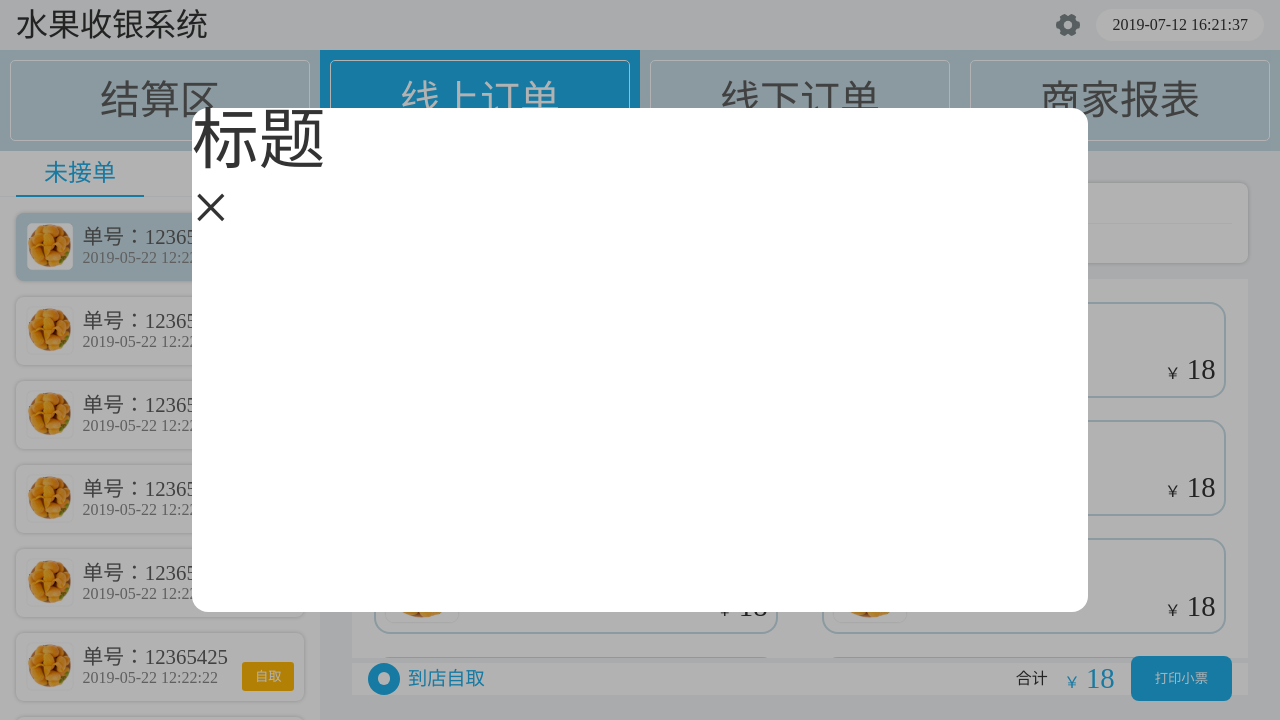
Repository: missing-star/fruit
Page: index.html
An editor plug-in stored every save of this project. The page is shown before and after the next save, followed by the edit.
The browser window is 1280 px wide. The pictures show the whole page.
An inner scrolling area shows only its first screen.

Above is the page before, as saved 2019-07-15 09:42:40.

### index.html
<!DOCTYPE html>
<html lang="en">

<head>
    <meta charset="UTF-8">
    <meta name="viewport" content="width=device-width, initial-scale=1.0">
    <meta http-equiv="X-UA-Compatible" content="ie=edge">
    <title>水果收银系统</title>
    <link rel="stylesheet" href="./css/index.css">
</head>

<body>
    <div id="app">
        <header class="title-bar">
            <p class="title">水果收银系统</p>
            <div class="right-part-show">
                <img src="./images/setting.png" alt="设置" class="setting-icon">
                <p class="show-current-time">{{currentTime}}</p>
            </div>
        </header>
        <ul class="category-tab">
            <li class="category-item" :class="{active:currentIndex == 0}" @click="switchTab(0)">
                <p class="category-title">结算区</p>
            </li>
            <li class="category-item" :class="{active:currentIndex == 1}" @click="switchTab(1)">
                <p class="category-title">线上订单</p>
            </li>
            <li class="category-item" :class="{active:currentIndex == 2}" @click="switchTab(2)">
                <p class="category-title">线下订单</p>
            </li>
            <li class="category-item" :class="{active:currentIndex == 3}" @click="switchTab(3)">
                <p class="category-title">商家报表</p>
            </li>
        </ul>
        <!-- 结算区 -->
        <div v-show="currentIndex == 0" class="main-content">
            <div class="operation-wrapper">
                <ul class="goods-list-wrapper">
                    <li v-for="n in 10" class="goods-item">
                        <div class="goods-pic-wrapper">
                            <span class="delete-icon pointer"></span>
                            <img src="./images/goods.png" class="goods-pic">
                        </div>
                        <div class="goods-detail">
                            <p class="goods-title">苹果</p>
                            <p class="goods-spec">规格：12元/250g</p>
                            <p class="goods-money">
                                <span class="goods-weight">重量357g</span>
                                <span class="goods-price">
                                    <i class="money-icon black">￥</i>
                                    <i class="money-number black">18</i>
                                </span>
                            </p>
                        </div>
                    </li>
                </ul>
                <div class="calculator-scope">
                    <div class="show-total-money">
                        <p class="total-title">共4件商品</p>
                        <p class="total-money">
                            <span class="money-title">合计</span>
                            <span class="show-money">
                                <i class="money-icon blue">￥</i>
                                <i class="money-number blue">54.00</i>
                            </span>
                        </p>
                    </div>
                    <div class="operation-group">
                        <div class="left-part">
                            <button class="order-list pointer">挂单列表</button>
                            <button class="go-order pointer">挂单</button>
                        </div>
                        <button class="right-part pointer">
                            结算
                        </button>
                    </div>
                </div>
            </div>
            <div class="goods-choice-wrapper">
                <ul class="goods-category-wrapper">
                    <li @click="switchSubTab(n-1)" :class="{active:subCurrentIndex == n-1}" v-for="n in 20"
                        class="goods-category-item pointer">
                        分类
                    </li>
                </ul>
                <ul class="goods-choice-list">
                    <li v-for="n in 20" class="goods-choice-item">
                        <img src="./images/goods.png" class="goods-show-pic">
                        <p class="goods-desc">
                            <span class="goods-name">小泰芒</span>
                            <span class="price-weight">23元 / 250g</span>
                        </p>
                    </li>
                </ul>
            </div>
        </div>
        <!-- 线上订单 -->
        <div v-show="currentIndex == 1" class="main-content">
            <div class="operation-wrapper">
                <ul class="tab-wrapper">
                    <li @click="switchOnlineTab(0)" :class="{active:onlineCurrentIndex == 0}" class="tab-item pointer">
                        未接单</li>
                    <li @click="switchOnlineTab(1)" :class="{active:onlineCurrentIndex == 1}" class="tab-item pointer">
                        已接单</li>
                </ul>
                <div class="order-list-wrapper">
                    <ul v-show="onlineCurrentIndex == 0" class="accept-wrapper">
                        <li @click="getOrderDetail(0,n)" v-for="n in 20" class="order-item pointer"
                            :class="{active:currentOrder == n && onlineCurrentIndex == 0}">
                            <img src="./images/goods.png" class="order-goods-pic">
                            <div class="order-detail">
                                <p class="order-number">单号：12365425</p>
                                <p class="order-date">2019-05-22 12:22:22</p>
                            </div>
                            <button class="post-way self">自取</button>
                        </li>
                    </ul>
                    <ul v-show="onlineCurrentIndex == 1" class="accept-wrapper">
                        <li @click="getOrderDetail(1,n)" v-for="n in 20" class="order-item pointer"
                            :class="{active:currentOrder == n && onlineCurrentIndex == 1}">
                            <img src="./images/goods.png" class="order-goods-pic">
                            <div class="order-detail">
                                <p class="order-number">单号：12365425</p>
                                <p class="order-date">2019-05-22 12:22:22</p>
                            </div>
                            <button class="post-way post">自取</button>
                        </li>
                    </ul>
                </div>
            </div>
            <div class="order-detail-wrapper">
                <!-- 倒三角 -->
                <div class="triangle"></div>
                <div class="user-info">
                    <div class="user-address info-part">
                        <img src="./images/location.png" class="location">
                        <div class="address-detail">
                            <p class="address">江苏省南京市江宁区泥塘小区2栋1306室</p>
                            <p class="user-detail">张三 13526987415</p>
                        </div>
                    </div>
                    <div class="user-comment info-part">
                        <p class="comment-title">备注</p>
                        <p class="user-detail">多放水果</p>
                    </div>
                </div>
                <ul class="order-detail-goods-list-wrapper">
                    <li v-for="n in 30" class="order-detail-goods-item">
                        <img src="./images/goods.png" class="order-detail-goods-pic">
                        <div class="order-detail-goods-detail">
                            <p class="title">小泰芒500g</p>
                            <p class="number-money">
                                <span class="goods-num">× 1</span>
                                <span class="goods-price">
                                    <i class="money-icon black">￥</i>
                                    <i class="money-number black">18</i>
                                </span>
                            </p>
                        </div>
                    </li>
                </ul>
                <div class="ticket-print-wrapper">
                    <div class="is-in-shop">
                        <div class="checkbox-wrapper">
                            <div class="checkbox-inner"></div>
                        </div>
                        <span class="check-titl">到店自取</span>
                    </div>
                    <div class="right-calculator">
                        <p class="calculator-title">合计</p>
                        <span class="goods-price">
                            <i class="money-icon blue">￥</i>
                            <i class="money-number blue">18</i>
                        </span>
                        <button class="print-action pointer">打印小票</button>
                    </div>
                </div>
            </div>
        </div>
        <div v-show="currentIndex == 2" class="main-content">
            <div class="operation-wrapper">
                <ul class="tab-wrapper">
                    <li @click="switchOnlineTab(0)" :class="{active:onlineCurrentIndex == 0}" class="tab-item pointer">
                        未接单</li>
                    <li @click="switchOnlineTab(1)" :class="{active:onlineCurrentIndex == 1}" class="tab-item pointer">
                        已接单</li>
                </ul>
                <div class="order-list-wrapper">
                    <ul v-show="onlineCurrentIndex == 0" class="accept-wrapper">
                        <li @click="getOrderDetail(0,n)" v-for="n in 20" class="order-item pointer"
                            :class="{active:currentOrder == n && onlineCurrentIndex == 0}">
                            <img src="./images/goods.png" class="order-goods-pic">
                            <div class="order-detail">
                                <p class="order-number">单号：12365425</p>
                                <p class="order-date">2019-05-22 12:22:22</p>
                            </div>
                            <button class="post-way self">自取</button>
                        </li>
                    </ul>
                    <ul v-show="onlineCurrentIndex == 1" class="accept-wrapper">
                        <li @click="getOrderDetail(1,n)" v-for="n in 20" class="order-item pointer"
                            :class="{active:currentOrder == n && onlineCurrentIndex == 1}">
                            <img src="./images/goods.png" class="order-goods-pic">
                            <div class="order-detail">
                                <p class="order-number">单号：12365425</p>
                                <p class="order-date">2019-05-22 12:22:22</p>
                            </div>
                            <button class="post-way post">自取</button>
                        </li>
                    </ul>
                </div>
            </div>
            <div class="order-detail-wrapper">
                <!-- 倒三角 -->
                <div class="triangle"></div>
                <ul class="order-detail-goods-list-wrapper offline">
                    <li v-for="n in 30" class="order-detail-goods-item">
                        <img src="./images/goods.png" class="order-detail-goods-pic">
                        <div class="order-detail-goods-detail">
                            <p class="title">小泰芒500g</p>
                            <p class="number-money">
                                <span class="goods-num">× 1</span>
                                <span class="goods-price">
                                    <i class="money-icon black">￥</i>
                                    <i class="money-number black">18</i>
                                </span>
                            </p>
                        </div>
                    </li>
                </ul>
                <div class="ticket-print-wrapper offline">
                    <div class="right-calculator">
                        <p class="calculator-title">实付</p>
                        <span class="goods-price">
                            <i class="money-icon blue">￥</i>
                            <i class="money-number blue">18</i>
                        </span>
                        <button class="print-action pointer">查看付款码</button>
                    </div>
                </div>
            </div>
        </div>
        <div v-show="currentIndex == 3" class="main-content">

        </div>
        <!-- dialog -->
        <div class="dialog-wrapper">
            <div class="dialog-mask"></div>
            <div class="dialog-main-content">
                <div class="dialog-title-wrapper">
                    <p class="dialog-title">标题</p>
                    <span class="dialog-close">×</span>
                </div>
                <!-- 挂单 -->
                <!-- <div class="order-list-wrapper">
                    <div class="order-list-left">
                        <p class="order-list-title">挂单列表</p>
                        <ul class="order-list">
                            <li class="order-item">
                                <p class="order-number">单号：12365425</p>
                                <p class="order-time">2019-05-13 12:22:22</p>
                            </li>
                        </ul>
                    </div>
                    <ul class="order-detail-goods-list-wrapper">
                        <li v-for="n in 30" class="order-detail-goods-item">
                            <img src="./images/goods.png" class="order-detail-goods-pic">
                            <div class="order-detail-goods-detail">
                                <p class="title">小泰芒500g</p>
                                <p class="number-money">
                                    <span class="goods-num">× 1</span>
                                    <span class="goods-price">
                                        <i class="money-icon black">￥</i>
                                        <i class="money-number black">18</i>
                                    </span>
                                </p>
                            </div>
                        </li>
                    </ul>
                </div> -->
                <!-- 结算 -->
                <!-- 扫码 -->
            </div>
        </div>
    </div>
    <script src="https://cdn.bootcss.com/vue/2.6.10/vue.js"></script>
    <script src="./js/index.js"></script>
</body>

</html>

### css/index.css
html,
body,
div#app {
    height: 100%;
    background: #FFFFFF;
    min-width: 1200px;
}

body {
    font-size: calc(100vw / 19.2);
}

* {
    padding: 0;
    margin: 0;
    list-style: none;
    box-sizing: border-box;
    line-height: 100%;
    color: #333333;
    font-style: normal;
}

header.title-bar {
    background: #F2F5F6;
    padding: 1rem;
    height: 7%;
    display: flex;
    align-items: center;
    justify-content: space-between;
}

p.title {
    font-size: 2rem;
}

.right-part-show {
    display: flex;
    align-items: center;
    justify-content: space-around;
}

img.setting-icon {
    width: 1.5rem;
    margin-right: 1rem;
    cursor: pointer;
}

p.show-current-time {
    font-size: 1rem;
    background: #FFFFFF;
    padding: 0.5rem 1rem;
    border-radius: 10rem;
}

ul.category-tab {
    width: 100%;
    height: 14%;
    display: flex;
    align-items: center;
    justify-content: space-around;
    background: #C8DDE5;
}

li.category-item {
    width: 100%;
    height: 100%;
    display: flex;
    align-items: center;
    justify-content: center;
    padding: 10px;
    cursor: pointer;
}

li.category-item p.category-title {
    color: #5D5D5D;
    border: 1px solid #FFFFFF;
    border-radius: 5px;
    width: 100%;
    height: 100%;
    display: flex;
    align-items: center;
    justify-content: center;
    white-space: nowrap;
    font-size: 2.5rem;
}

li.category-item.active {
    background: #21AFE9;
}

li.category-item.active p.category-title {
    color: #FFFFFF;
}

.pointer {
    cursor: pointer;
}

.main-content {
    height: 79%;
    display: flex;
}

.operation-wrapper {
    width: 25%;
    height: 100%;
}

li.goods-item {
    height: 13vh;
    box-shadow: 0px 0px 4px 0px rgba(0, 0, 0, 0.2);
    border-radius: 10px;
    margin: 1rem 0;
    display: flex;
}

.goods-pic-wrapper {
    position: relative;
    height: 100%;
    width: 30%;
    padding: 1rem;
}

img.goods-pic {
    width: 100%;
    height: auto;
}

ul.goods-list-wrapper {
    height: 75%;
    overflow: auto;
    padding: 0.5rem;
}

.calculator-scope {
    height: 25%;
}

span.delete-icon {
    width: 1.5rem;
    height: 1.5rem;
    background: url(../images/delete.png) no-repeat;
    background-size: 100% 100%;
    display: block;
    position: absolute;
    left: 0.5rem;
    top: 0.5rem;
}

.goods-detail {
    width: 70%;
    height: 100%;
}

p.goods-title {
    color: #000000;
    font-size: 2rem;
}

p.goods-spec {
    color: #6B6B6B;
    font-size: 1.2rem;
}

p.goods-money {
    display: flex;
    align-items: center;
    justify-content: space-between;
}

span.goods-weight {
    color: #FE7204;
    font-size: 1.5rem;
}

span.goods-price {
    font-size: 1.5rem;
}

.goods-detail {
    width: 70%;
    height: 100%;
    display: flex;
    flex-direction: column;
    justify-content: space-between;
    padding: 1rem;
}

i.money-number {
    font-size: 1.8rem;
}

i.money-icon {
    font-size: 1rem;
}

i.money-number.blue,
i.money-icon.blue {
    color: #21AFE9;
}

.calculator-scope {
    border-top: 2px solid rgba(242, 245, 246, 1);
    padding: 1rem;
}

div.show-total-money {
    background: rgba(242, 245, 246, 1);
    display: flex;
    align-items: center;
    justify-content: space-between;
    font-size: 1.2rem;
    height: 30%;
    padding: 1rem;
    border-radius: 0.5rem;
    box-shadow: 0px 1px 4px 0px rgba(0, 0, 0, 0.2);
}

.operation-group {
    display: flex;
    align-items: center;
    justify-content: space-between;
    height: 70%;
    padding-top: 1rem;
}

p.total-title {
    color: #5D5D5D;
}

span.money-title {
    color: #333333;
}

button.order-list.pointer {
    background: #FFC639;
    outline: 0;
    border: none;
    color: #FFFFFF;
    width: 100%;
    height: 40%;
}

.left-part {
    width: 55%;
    height: 100%;
    display: flex;
    flex-direction: column;
    align-items: flex-start;
    justify-content: space-between;
}

button.order-list.pointer,
button.go-order.pointer {
    border-radius: 0.5rem;
    background: #FFC639;
    outline: 0;
    border: none;
    color: #FFFFFF;
    width: 85%;
    height: 44%;
    font-size: 1.5rem;
}

button.go-order.pointer {
    background: #FF7A05;
}

.right-part {
    background: #21AFE9;
    border-radius: 0.5rem;
    color: #FFFFFF;
    font-size: 2rem;
    width: 45%;
    height: 100%;
    display: flex;
    align-items: center;
    justify-content: center;
    outline: 0;
    border: none;
}

ul.goods-category-wrapper {
    height: 100%;
    overflow: auto;
}

.goods-choice-wrapper {
    width: 75%;
    display: flex;
}

ul.goods-category-wrapper {
    width: 15%;
    height: 100%;
    overflow: auto;
}

li.goods-category-item {
    font-size: 1.5rem;
    display: flex;
    align-items: center;
    justify-content: center;
    height: 4rem;
    background: #EAEFF1;
    color: #5D5D5D;
    border-bottom: 2px solid #FFFFFF;
}

li.goods-category-item.active {
    background: #21AFE9;
    color: #FFFFFF;
}

ul.goods-choice-list {
    height: 100%;
    overflow: auto;
    width: 85%;
    background: #F2F5F6;
    display: flex;
    flex-wrap: wrap;
}

img.goods-show-pic {
    width: 100%;
}

li.goods-choice-item {
    width: 25%;
    margin: 2% calc(25% / 6);
    background: #FFFFFF;
    border-radius: 1rem;
    padding: 1rem;
}

p.goods-desc {
    display: flex;
    flex-direction: column;
    padding: 0 1rem;
}

span.goods-name {
    color: #333333;
    font-size: 2rem;
    margin-bottom: 1rem;
}

span.price-weight {
    color: #888888;
    font-size: 1.3rem;
}

ul::-webkit-scrollbar {
    height: 0;
    width: 4px;
}

ul::-webkit-scrollbar {
    width: 0px;
    /*对垂直流动条有效*/
    height: 0px;
    /*对水平流动条有效*/
}

/*定义滚动条的轨道颜色、内阴影及圆角*/
ul::-webkit-scrollbar-track {
    background-color: #FFFFFF;
    border-radius: 3px;
}


/*定义滑块颜色、内阴影及圆角*/
ul::-webkit-scrollbar-thumb {
    border-radius: 7px;
    background-color: #aaa;
}

ul.tab-wrapper {
    width: 100%;
    height: 8%;
    font-size: 1.5rem;
    display: flex;
    align-items: center;
    justify-content: space-around;
    border-bottom: 1px solid rgba(242, 245, 246, 1);
}

li.tab-item {
    color: #888888;
    position: relative;
    width: 50%;
    text-align: center;
    height: 100%;
    display: flex;
    align-items: center;
    justify-content: center;
}

li.tab-item.active {
    color: #21AFE9;
}

li.tab-item.active:after {
    content: '';
    width: 80%;
    height: 2px;
    background: #21AFE9;
    position: absolute;
    bottom: -1px;
    left: 10%;
}

.order-list-wrapper {
    height: 92%;
    position: relative;
}

ul.accept-wrapper {
    width: 100%;
    height: 100%;
    overflow: auto;
}

li.order-item {
    display: flex;
    align-items: center;
    justify-content: space-between;
    height: 13%;
    font-size: 1rem;
    box-shadow: 0px 0px 4px 0px rgba(0, 0, 0, 0.2);
    border-radius: 0.5rem;
    margin: 1rem;
    padding: 0.6rem;
}

img.order-goods-pic {
    height: 100%;
}

button.post-way {
    align-self: flex-end;
    border: none;
    outline: 0;
    color: #FFFFFF;
    padding: 0.5rem 0.8rem;
    border-radius: 0.2rem;
}

button.post-way.self {
    background: #FFB807;
}

button.post-way.post {
    background: #FF7A05;
}

p.order-number {
    color: #5D5D5D;
    font-size: 1.3rem;
}

p.order-date {
    color: #888888;
    font-size: 1rem;
}

.order-detail {
    flex: 1;
    height: 85%;
    display: flex;
    align-items: flex-start;
    padding-left: 0.5rem;
    justify-content: space-around;
    flex-direction: column;
}

li.order-item.active {
    background: #C8DDE5;
}

.order-detail-wrapper {
    width: 75%;
    height: 100%;
    background: #F2F5F6;
    padding: 2rem;
    position: relative;
}

.user-info {
    display: flex;
    align-items: center;
    justify-content: space-between;
    font-size: 1rem;
}

.info-part {
    box-shadow: 0px 0px 4px 0px rgba(0, 0, 0, 0.2);
    border-radius: 0.5rem;
    width: 49%;
    padding: 1rem;
    height: 5rem;
    display: flex;
    align-items: center;
    background: #FFFFFF;
}

img.location {
    width: 1.5rem;
}

.address-detail {
    padding-left: 1rem;
}

p.address {
    color: #333333;
    font-size: 1.2rem;
    padding-bottom: 0.5rem;
}

p.user-detail {
    font-size: 0.9rem;
    padding-top: 0.5rem;
}

.user-comment.info-part {
    display: flex;
    flex-direction: column;
    align-items: flex-start;
}

p.comment-title {
    color: #666666;
    padding-bottom: 0.5rem;
    width: 100%;
    border-bottom: 1px solid #F2F5F6;
}

ul.order-detail-goods-list-wrapper {
    height: 75%;
    overflow: auto;
    margin-top: 1rem;
    display: flex;
    flex-wrap: wrap;
    background: #FFFFFF;
}
ul.order-detail-goods-list-wrapper.offline{
    height: calc(75% + 6rem);
    margin-top: 0;
}
img.order-detail-goods-pic {
    height: 100%;
}

li.order-detail-goods-item {
    width: 45%;
    margin: 2.5%;
    margin-bottom: 0;
    height: 6rem;
    border: 2px solid #C8DDE5;
    border-radius: 1rem;
    padding: 0.5rem;
    display: flex;
    align-items: center;
    font-size: 1rem;
}

.order-detail-goods-detail {
    flex: 1;
    height: 100%;
    display: flex;
    flex-direction: column;
    justify-content: space-around;
    padding-left: 1rem;
}

p.number-money {
    display: flex;
    align-items: center;
    justify-content: space-between;
}

.ticket-print-wrapper {
    height: calc(100% - 6rem - 75%);
    background: #FFFFFF;
    margin-top: 0.3rem;
    font-size: 1rem;
    display: flex;
    align-items: center;
    justify-content: space-between;
    padding: 1rem;
}
.ticket-print-wrapper.offline{
    justify-content: flex-end;
}
div.is-in-shop {
    display: flex;
    align-items: center;
}

.checkbox-wrapper {
    width: 2rem;
    height: 2rem;
    background: #21AFE9;
    border-radius: 50%;
    display: flex;
    align-items: center;
    justify-content: center;
}

.checkbox-inner {
    background: #FFFFFF;
    width: 40%;
    height: 40%;
    border-radius: 50%;
}

span.check-titl {
    color: #21AFE9;
    font-size: 1.2rem;
    padding-left: 0.5rem;
}

.right-calculator {
    display: flex;
    align-items: center;
    justify-content: space-between;
}

button.print-action {
    background: #21AFE9;
    outline: 0;
    border: none;
    color: #FFFFFF;
    padding: 1rem 1.5rem;
    border-radius: 0.5rem;
    margin-left: 1rem;
}

p.calculator-title {
    margin-right: 1rem;
}

.triangle {
    width: 0;
    height: 0;
    border-left: 1.7rem solid #FFFFFF;
    border-top: 1rem solid transparent;
    border-right: 1.7rem solid transparent;
    border-bottom: 1rem solid transparent;
    position: absolute;
    left: 0;
    top: 6.5rem;
}
.dialog-wrapper {
    position: fixed;
    left: 0;
    top: 0;
    width: 100%;
    height: 100%;
    z-index: 1;
    display: flex;
    align-items: center;
    justify-content: center;
}
div.dialog-mask{
    background: rgba(0, 0, 0, 0.3);
    width: 100%;
    height: 100%;
    position: fixed;
    left: 0;
    top: 0;
}
.dialog-main-content {
    position: relative;
    background: #FFFFFF;
    width: 70%;
    height: 70%;
    border-radius: 1rem;
}

Loaded but not shown: js/index.js (50 lines, source omitted)

After the next save:
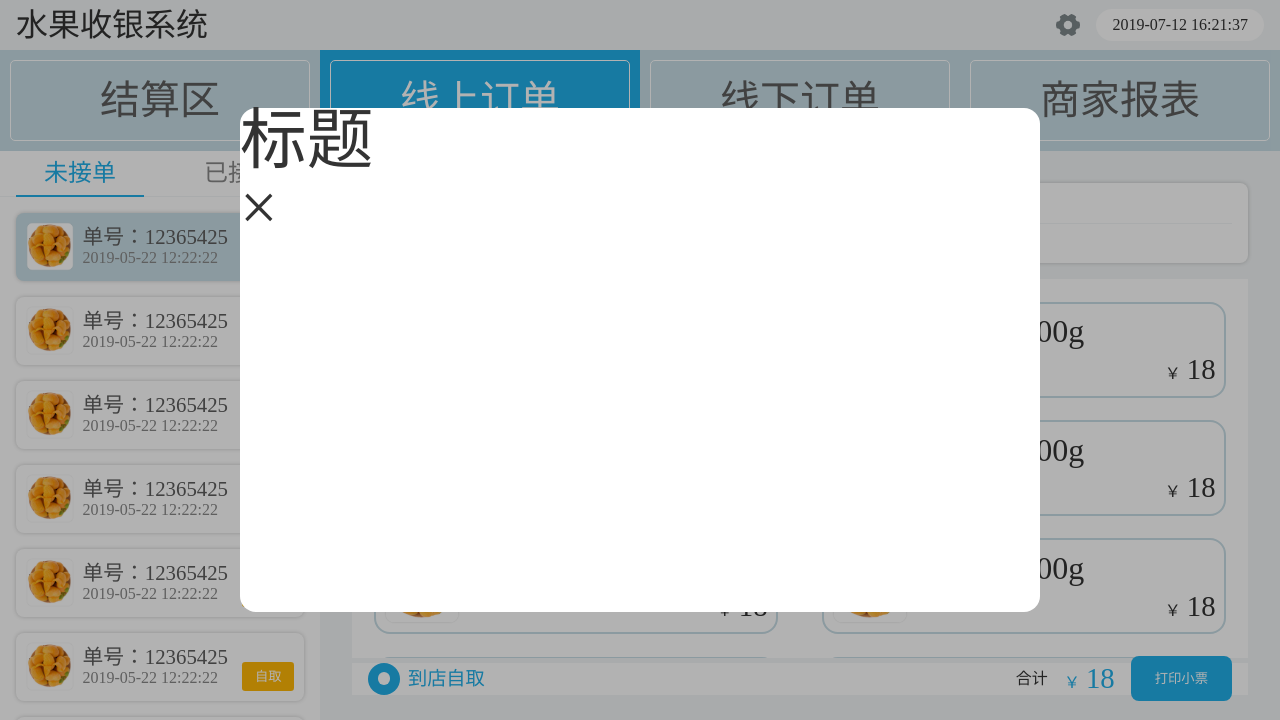
Saved 32 s later.
--- a/css/index.css
+++ b/css/index.css
@@ -674,7 +674,7 @@ div.dialog-mask{
 .dialog-main-content {
     position: relative;
     background: #FFFFFF;
-    width: 70%;
+    width: 62.5%;
     height: 70%;
     border-radius: 1rem;
 }
